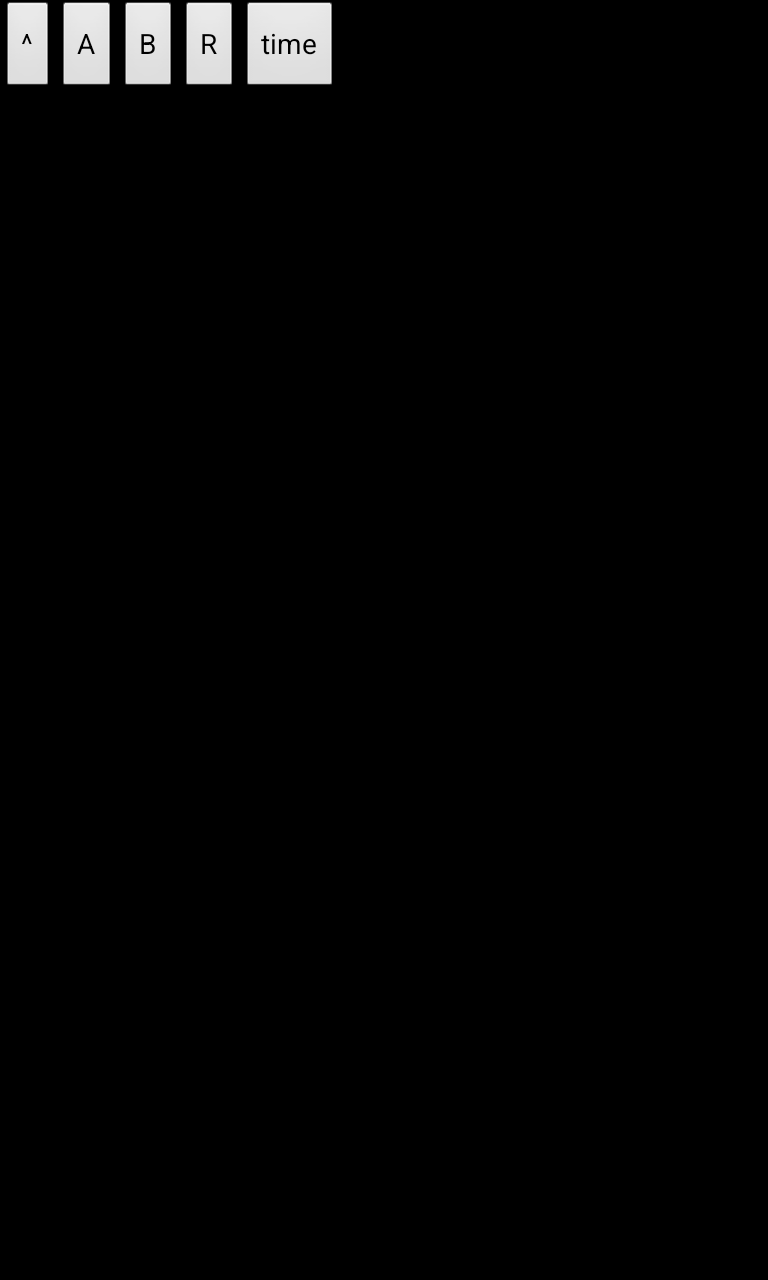
Repository: simplesns/workspace
Layout: eclipse/DEPuzzles/res/layout/crosswords.xml
The author's editor kept a copy of each file at every save. The layout is drawn from the files as they stood at one save, then again after the next save.
It is drawn on a 768 x 1280 px phone screen (xhdpi) without system bars, with theme android:Theme; the app's code is not run.

Above is the layout before, as saved 2011-01-22 01:26:35.

### eclipse/DEPuzzles/res/layout/crosswords.xml
<?xml version="1.0" encoding="utf-8"?>
<LinearLayout
  xmlns:android="http://schemas.android.com/apk/res/android"
  android:layout_width="fill_parent"
  android:layout_height="fill_parent" android:orientation="vertical">
<LinearLayout android:id="@+id/LinearLayout01" android:layout_height="wrap_content" android:layout_width="fill_parent">
<Button android:id="@+id/Button01" android:layout_width="wrap_content" android:layout_height="wrap_content" android:text="^"></Button>
<Button android:id="@+id/Button02" android:layout_width="wrap_content" android:layout_height="wrap_content" android:text="A"></Button>
<Button android:id="@+id/Button03" android:layout_width="wrap_content" android:layout_height="wrap_content" android:text="B"></Button>
<Button android:id="@+id/Button04" android:layout_width="wrap_content" android:layout_height="wrap_content" android:text="R"></Button>
<Button android:id="@+id/Button05" android:layout_width="wrap_content" android:layout_height="wrap_content" android:text="time"></Button>
</LinearLayout>
</LinearLayout>

After the next save:
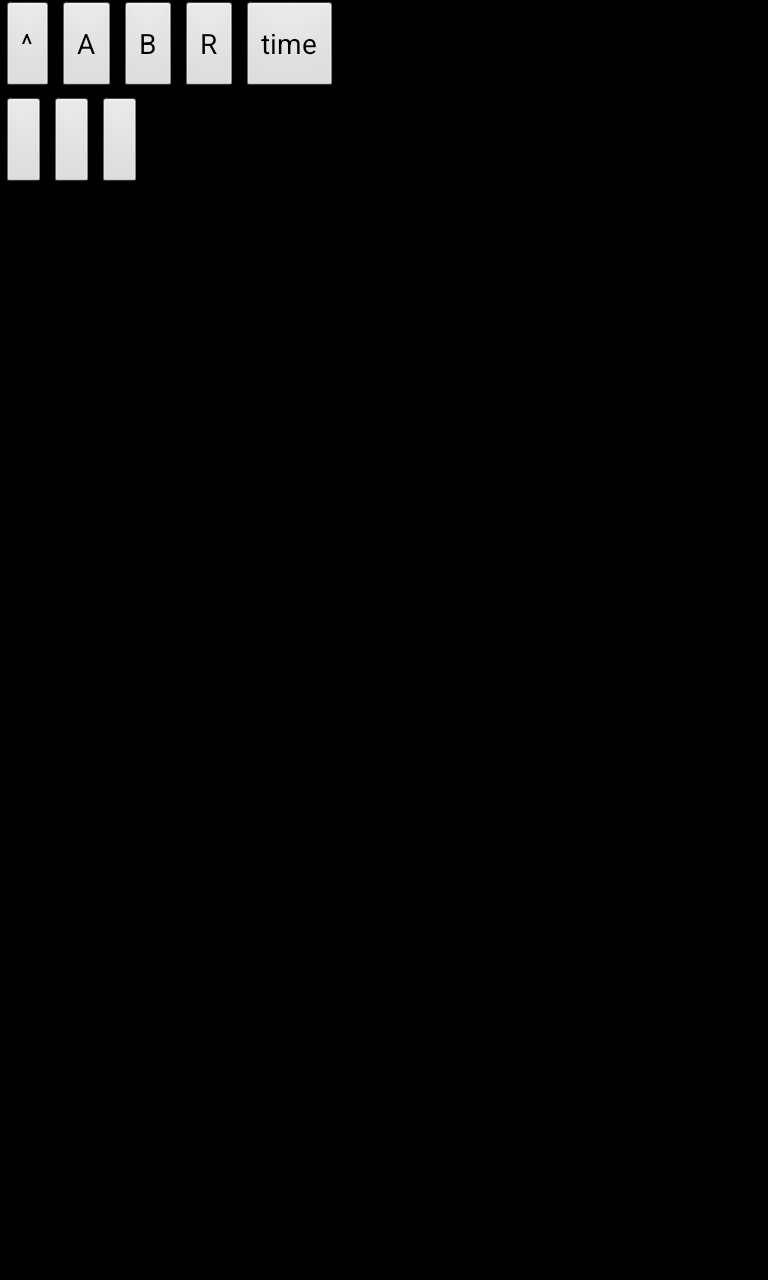
Saved 3 min 9 s later.
--- a/eclipse/DEPuzzles/res/layout/crosswords.xml
+++ b/eclipse/DEPuzzles/res/layout/crosswords.xml
@@ -10,4 +10,10 @@
 <Button android:id="@+id/Button04" android:layout_width="wrap_content" android:layout_height="wrap_content" android:text="R"></Button>
 <Button android:id="@+id/Button05" android:layout_width="wrap_content" android:layout_height="wrap_content" android:text="time"></Button>
 </LinearLayout>
+<ScrollView android:id="@+id/ScrollView01" android:layout_width="wrap_content" android:layout_height="wrap_content"></ScrollView>
+<LinearLayout android:id="@+id/LinearLayout02" android:layout_width="wrap_content" android:layout_height="wrap_content">
+<Button android:text="@+id/Button06" android:id="@+id/Button06" android:layout_width="wrap_content" android:layout_height="wrap_content"></Button>
+<Button android:text="@+id/Button07" android:id="@+id/Button07" android:layout_width="wrap_content" android:layout_height="wrap_content"></Button>
+<Button android:text="@+id/Button08" android:id="@+id/Button08" android:layout_width="wrap_content" android:layout_height="wrap_content"></Button>
 </LinearLayout>
+</LinearLayout>
